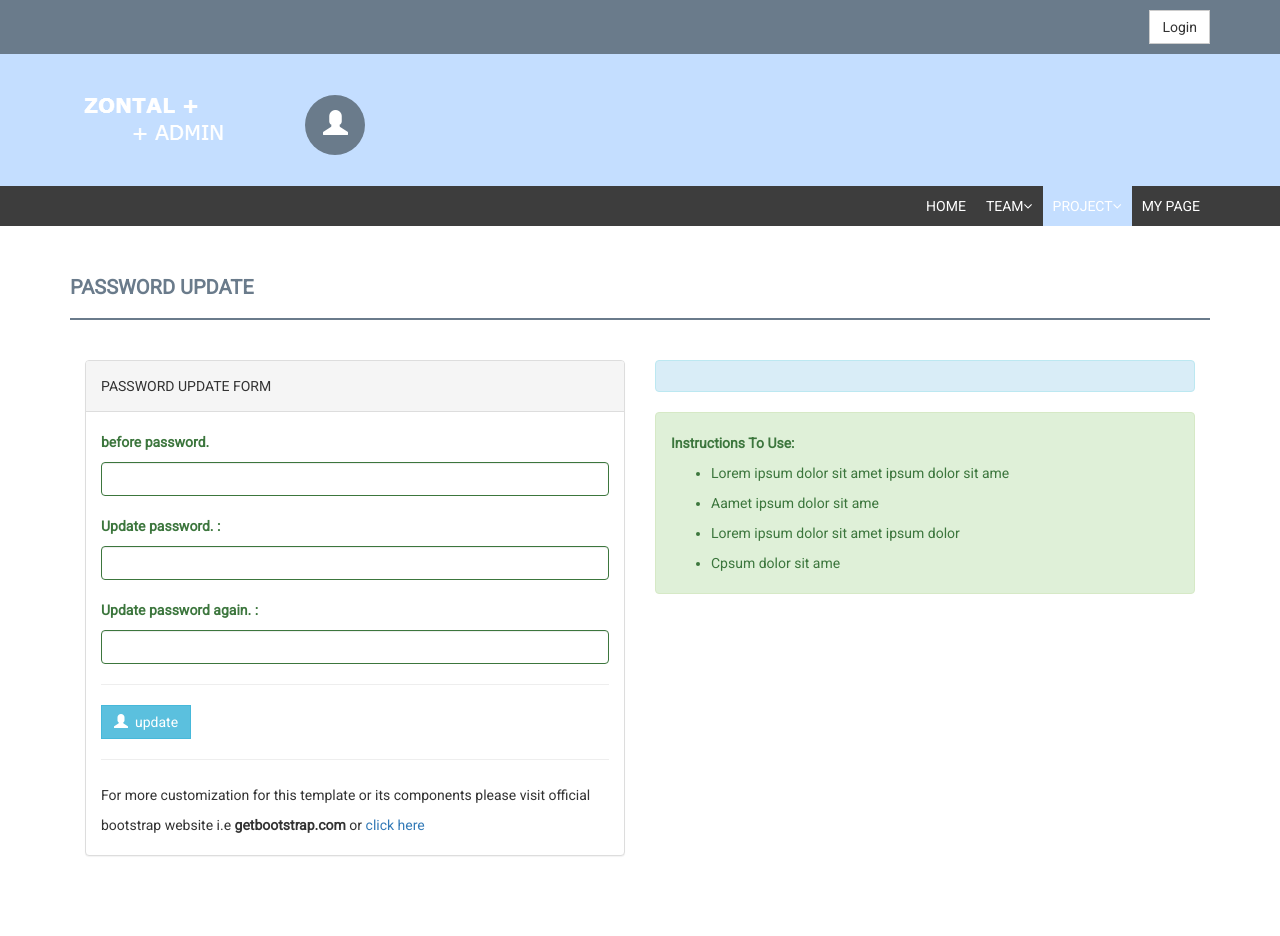
Repository: hwju91/skuniv
Page: http://localhost/0903.2/WEB-INF/jsp/mypage/ajaxtest.jsp
These files come from the project's save history. The page is drawn as it stood at one moment and after the next save; the edit follows.
The browser window is 1280 px wide. The pictures show the whole page.
The page is served by Tomcat 9. Nobody is signed in. Other server files are loaded and not shown. The template is opened directly, without the code that normally fills it, so the values that code supplies are empty.

Above is the page before, as saved 2016-09-07 10:05:36.

### 0903.2/WebContent/WEB-INF/jsp/mypage/ajaxtest.jsp
<%@ page language="java" contentType="text/html; charset=UTF-8"
    pageEncoding="UTF-8"%>
    <%@taglib prefix="c" uri="http://java.sun.com/jsp/jstl/core"%>
<jsp:include page="../header_basic.jsp" />
<jsp:include page="../nav.jsp" />
<jsp:include page="../menu_project.jsp" />
<!DOCTYPE html PUBLIC "-//W3C//DTD HTML 4.01 Transitional//EN" "http://www.w3.org/TR/html4/loose.dtd">
<html>
<head>
<meta http-equiv="Content-Type" content="text/html; charset=UTF-8">
<title>Insert title here</title>
</head>
<body>


					<div class="row">
						<div class="col-md-12">
							<h4 class="page-head-line">password update</h4>
						</div>
					</div>

			  					<div class="col-md-6">
			                        <div class="panel panel-default">
			                        <div class="panel-heading">
			                          PASSWORD UPDATE FORM
			                        </div>
			                        <div class="panel-body">
                            			<form action="passwordupdate" method="post">

                                        <div class="form-group has-success">
                                            <label class="control-label" for="success">before password.</label>
                                            <input type="password" class="form-control" name="beforepassword" id="beforepassword" />
                                        </div>
                                        <div class="form-group has-success">
                                            <label class="control-label" for="success">Update password. : </label>
                                            <input type="password" class="form-control" name="updatepassword" id="updatepassword" />
                                        </div>
                                        <div class="form-group has-success">
                                            <label class="control-label" for="success">Update password again. : </label>
                                            <input type="password" class="form-control" name="updatepassword2" id="updatepassword2" />
                                        </div>


                                        <hr/>
                                        <button type="submit" class="btn btn-info"><span class="glyphicon glyphicon-user"></span> &nbsp;update</button>&nbsp;
                                    </form>
                            <hr />



                            For more customization for this template or its components please
                             visit official bootstrap website i.e <strong> getbootstrap.com </strong> or
                            <a href="http://getbootstrap.com/css/#forms" target="_blank">click here</a>

                        </div>
                            </div>
                        </div>
                         <div class="col-md-6">
                    <div class="alert alert-info" id="ajaxtest" name="ajaxtest">


                    </div>
                    <div class="alert alert-success">
                         <strong> Instructions To Use:</strong>
                        <ul>
                            <li>
                               Lorem ipsum dolor sit amet ipsum dolor sit ame
                            </li>
                            <li>
                                 Aamet ipsum dolor sit ame
                            </li>
                            <li>
                               Lorem ipsum dolor sit amet ipsum dolor
                            </li>
                            <li>
                                 Cpsum dolor sit ame
                            </li>
                        </ul>

                    </div>
                </div>

</body>
</html>

### 0903.2/WebContent/WEB-INF/jsp/header_basic.jsp
<%@ page language="java" contentType="text/html; charset=UTF-8"
    pageEncoding="UTF-8"%>
<!DOCTYPE html PUBLIC "-//W3C//DTD HTML 4.01 Transitional//EN" "http://www.w3.org/TR/html4/loose.dtd">
<html>
<head>
    <title>Winder</title>

    <link href="css/bootstrap.css" rel="stylesheet" />
    <link href="css/font-awesome.css" rel="stylesheet" />
    <link href="css/style.css" rel="stylesheet" />
    <!-- <link rel="stylesheet" href="https://cdnjs.cloudflare.com/ajax/libs/ionicons/2.0.1/css/ionicons.min.css"> -->

</head>
</head>

### 0903.2/WebContent/WEB-INF/jsp/nav.jsp
<%@ page language="java" contentType="text/html; charset=UTF-8"
    pageEncoding="UTF-8"%>
<body>
    <header>
        <div class="container">
            <div class="row">
                <div class="col-md-12">
                    <!-- <strong>Email: </strong>info@yourdomain.com
                    &nbsp;&nbsp;
                    <strong>Support: </strong>+90-897-678-44 -->
                    <%
                    if("loginok".equals((String)session.getAttribute("loginchk"))){
                    	%>
                    	<a class="btn btn-default" href="logout">Logout</a>
                    <%}
                    else{
                    %>
                    	<a class="btn btn-default" href="login">Login</a>
                    <% }%>

                </div>

            </div>
        </div>
    </header>
    <!-- HEADER END-->
    <div class="navbar navbar-inverse set-radius-zero">
        <div class="container">
            <div class="navbar-header">
                <button type="button" class="navbar-toggle" data-toggle="collapse" data-target=".navbar-collapse">
                    <span class="icon-bar"></span>
                    <span class="icon-bar"></span>
                    <span class="icon-bar"></span>
                </button>
                <a class="navbar-brand" href="index.html">
                    <img src="img/logo.png" />
                </a>

            </div>

            <div class="left-div">
                <div class="user-settings-wrapper">
                    <ul class="nav">

                        <li class="dropdown">
                            <a class="dropdown-toggle" data-toggle="dropdown" href="#" aria-expanded="false">
                                <span class="glyphicon glyphicon-user" style="font-size: 25px;"></span>
                            </a>
                            <div class="dropdown-menu dropdown-settings" style="color: #fff">
                                <div class="media">
                                    <a class="media-left" href="#">
                                        <img src="img/64-64.jpg" alt="" class="img-rounded" />
                                    </a>
                                    <div class="media-body">
                                        <h4 class="media-heading">Jhon Deo Alex </h4>
                                        <h5>Developer & Designer</h5>

                                    </div>
                                </div>
                                <hr />
                                <h5><strong>Personal Bio : </strong></h5>
                                Anim pariatur cliche reprehen derit.
                                <hr />
                                <a href="#" class="btn btn-info btn-sm">Full Profile</a>&nbsp; <a href="login.html" class="btn btn-danger btn-sm">Logout</a>

                            </div>
                        </li>


                    </ul>
                </div>
            </div>
        </div>
    </div>
    <!-- LOGO HEADER END-->

### 0903.2/WebContent/WEB-INF/jsp/menu_project.jsp
<%@ page language="java" contentType="text/html; charset=UTF-8"
    pageEncoding="UTF-8"%>
<%@taglib prefix="c"  uri="http://java.sun.com/jsp/jstl/core" %>
<section class="menu-section">


        <div class="container">
            <div class="row">
                <div class="col-md-12">
                    <div class="navbar-collapse collapse ">
                        <ul id="menu-top" class="nav navbar-nav navbar-right">
                            <li><a class="menu-top" href="home">Home</a></li>
                            <li class="dropdown">
                                <a href="#" class="dropdown-toggle" data-toggle="dropdown">Team<i class="fa fa-angle-down"></i></a>
                                <ul class="dropdown-menu">
                                    <li><a href="teamCreateform">팀 생성</a></li>
                                   <c:forEach items="${teammenu }" var="tmenu">
                                    <li><a href="projectlist?tno=${tmenu.tno }">${tmenu.name }</a></li>
                                    </c:forEach>
                                </ul>
                            </li>
                            <li class="dropdown">
                                <a href="#" class="menu-top-active" data-toggle="dropdown">Project<i class="fa fa-angle-down"></i></a>
                                <ul class="dropdown-menu">
                                    <li><a href="projectform">프로젝트 생성</a></li>
                                    <c:forEach items="${projectmenu }" var="pmenu">
                                    <li><a href="projectmain?pno=${pmenu.pno }">${pmenu.name }</a></li>
                                    </c:forEach>
                                </ul>
                            </li>
                             <li><a href="mypage">My Page</a></li>

                        </ul>
                    </div>
                </div>

            </div>
        </div>
    </section>
    <!-- MENU SECTION END-->
    <div class="content-wrapper">
        <div class="container">

### 0903.2/WebContent/css/style.css

/*=============================================================
    Authour URL: www.designbootstrap.com

    http://www.designbootstrap.com/

    License: MIT

    http://opensource.org/licenses/MIT

    100% Free To use For Personal And Commercial Use.

    IN EXCHANGE JUST TELL PEOPLE ABOUT THIS WEBSITE

========================================================  */


/* =============================================================
   GENERAL STYLES
 ============================================================ */

@import url(http://fonts.googleapis.com/css?family=Roboto); /* FREE GOOGLE FONT */

body {
    font-family: 'Roboto', sans-serif;
    line-height: 30px;
}

.set-radius-zero {
    border-radius: 0px;
    -moz-border-radius: 0px;
    -webkit-border-radius: 0px;
}

.content-wrapper {
    margin-top: 40px;
    min-height: 600px;
    padding-bottom: 60px;
}

.page-head-line {
    font-weight: 900;
    padding-bottom: 20px;
    border-bottom: 2px solid #6A7B8B;
    text-transform: uppercase;
    color: #6A7B8B;
    font-size: 20px;
    margin-bottom: 40px;
}

.btn {
    border-radius: 0px;
    -webkit-border-radius: 0px;
    -moz-border-radius: 0px;
}

.progress {
    height: 8px;
    border-radius: 0px;
    -webkit-border-radius: 0px;
    -moz-border-radius: 0px;
}
.login-icon {
    height: 60px;
width: 60px;
padding: 13px;
border-radius: 50%;
font-size: 30px;
margin-bottom: 20px;
color: #fff;
text-align: center;
cursor:pointer;
background-color:#6A7B8B;
-webkit-border-radius:50%;
    -moz-border-radius:50%;
}
/* =============================================================
   HEADER SECTION STYLES
 ============================================================ */
header {
    background-color: #6A7B8B;
    color: #fff;
    padding: 10px;
    text-align: right;
}


/* =============================================================
   LOGO SECTION STYLES
 ============================================================ */
.left-div {
    padding-left: 30px;
    margin-top: 40px;
    margin-bottom: 30px;
}

.navbar-brand {
    width: 250px;
    padding-top: 30px;
}

/* USER SETTINGS DIV */
.user-settings-wrapper .nav > li > a {
    position: relative;
    display: block;
    padding: 15px 18px;
    border-radius: 50%;
    -webkit-border-radius: 50%;
    -moz-border-radius: 50%;
    height: 60px;
    width: 60px;
    background-color: #6A7B8B;
    color: #fff;
}

.user-settings-wrapper {
    margin-top: 10px;
}

    .user-settings-wrapper li {
        display: inline-block;
    }

    .user-settings-wrapper .dropdown-settings {
        width: 200px;
        padding: 10px;
    }

    .user-settings-wrapper .nav > li > a:hover,.user-settings-wrapper .nav > li > a:focus {
        text-decoration: none;
        background-color: #C4DEFF!important;
    }

    .user-settings-wrapper img {
        height: 64px;
        width: 64px;
        border: 1px solid #000000;
    }

    .user-settings-wrapper .dropdown-menu {
        margin: 0px;
        border-radius: 0px!important;
        -moz-border-radius: 0px!important;
        -webkit-border-radius: 0px!important;
    }

    .user-settings-wrapper .btn {
        border-radius: 0px!important;
        -moz-border-radius: 0px!important;
        -webkit-border-radius: 0px!important;
    }

    .user-settings-wrapper .media-heading {
        padding-top: 10px;
    }

/* MENU LINKS SECTION*/

.menu-section {
    background-color: #3D3D3D;
}

#menu-top a {
    color: #FFF;
    text-decoration: none;
    font-weight: 500;
    padding: 10px 10px 10px 10px;
    text-transform: uppercase;
}

.menu-top-active {
    background-color: #C4DEFF;
}

.menu-section .nav > li > a:hover,.menu-section .nav > li > a:focus {
    background-color: #6A7B8B!important;
}

.menu-section .dropdown-menu > li > a:hover,.menu-section .dropdown-menu > li > a:focus {
    background-color: #6A7B8B!important;
}

.navbar-inverse {
    background-color: #C4DEFF;
    border-color: transparent;
}

.navbar-toggle {
    background-color: #6A7B8B;
    border: 1px solid #fff;
}

.navbar {
    margin-bottom: 0px;
}
/* =============================================================
   FOOTER SECTION STYLES
 ============================================================ */
footer {
    padding: 10px;
    color: #fff;
    font-size: 12px;
    background-color: #C4DEFF;
}

    footer a, footer a:hover {
        color: #fff;
        text-decoration: none;
    }

/*==============================================
    DASHBOARD  STYLES
 =============================================*/

/* DASHBOARD ICONS */

.bk-clr-one {
    background-color: #B9B739;
}

.bk-clr-two {
    background-color: #F94C4C;
}

.bk-clr-three {
    background-color: #119c7e;
}

.bk-clr-four {
    background-color: #b739b9;
}

.dashboard-div-icon {
    height: 75px;
    width: 75px;
    border: 2px solid #fff;
    padding: 20px;
    border-radius: 50%;
    -webkit-border-radius:50%;
    -moz-border-radius:50%;
    font-size: 30px;
    margin-bottom: 20px;
    color: #fff;
}

.dashboard-div-wrapper {
    border-radius: 5px;
    text-align: center;
    padding: 15px;
    color: #fff;
    margin-bottom: 50px;
}

    .dashboard-div-wrapper .progress {
        height: 2px;
    }

/* NOTICE BOARD */


.notice-board .panel {
    border-radius: 0px;
    -webkit-border-radius: 0px;
    -moz-border-radius: 0px;
}

.notice-board ul {
    padding-left: 0px;
    list-style: none;
}

.notice-board li {
    padding: 10px;
    border-bottom: 1px solid #E5E5E5;
}

    .notice-board li span {
        margin-right: 10px;
        border: 1px solid #DBDBDB;
        padding: 5px;
    }

    .notice-board li a, li a:hover {
        text-decoration: none;
        color: #000;
    }

/* SOCIAL BUTTONS */
.btn-social {
    color: white;
    opacity: 0.8;
}

    .btn-social:hover {
        color: white;
        opacity: 1;
        text-decoration: none;
    }

.btn-facebook {
    background-color: #3b5998;
}

.btn-twitter {
    background-color: #00aced;
}

.btn-linkedin {
    background-color: #0e76a8;
}

.btn-google {
    background-color: #c32f10;
}

Loaded but not shown: 0903.2/WebContent/css/bootstrap.css (library); 0903.2/WebContent/css/font-awesome.css (library)

After the next save:
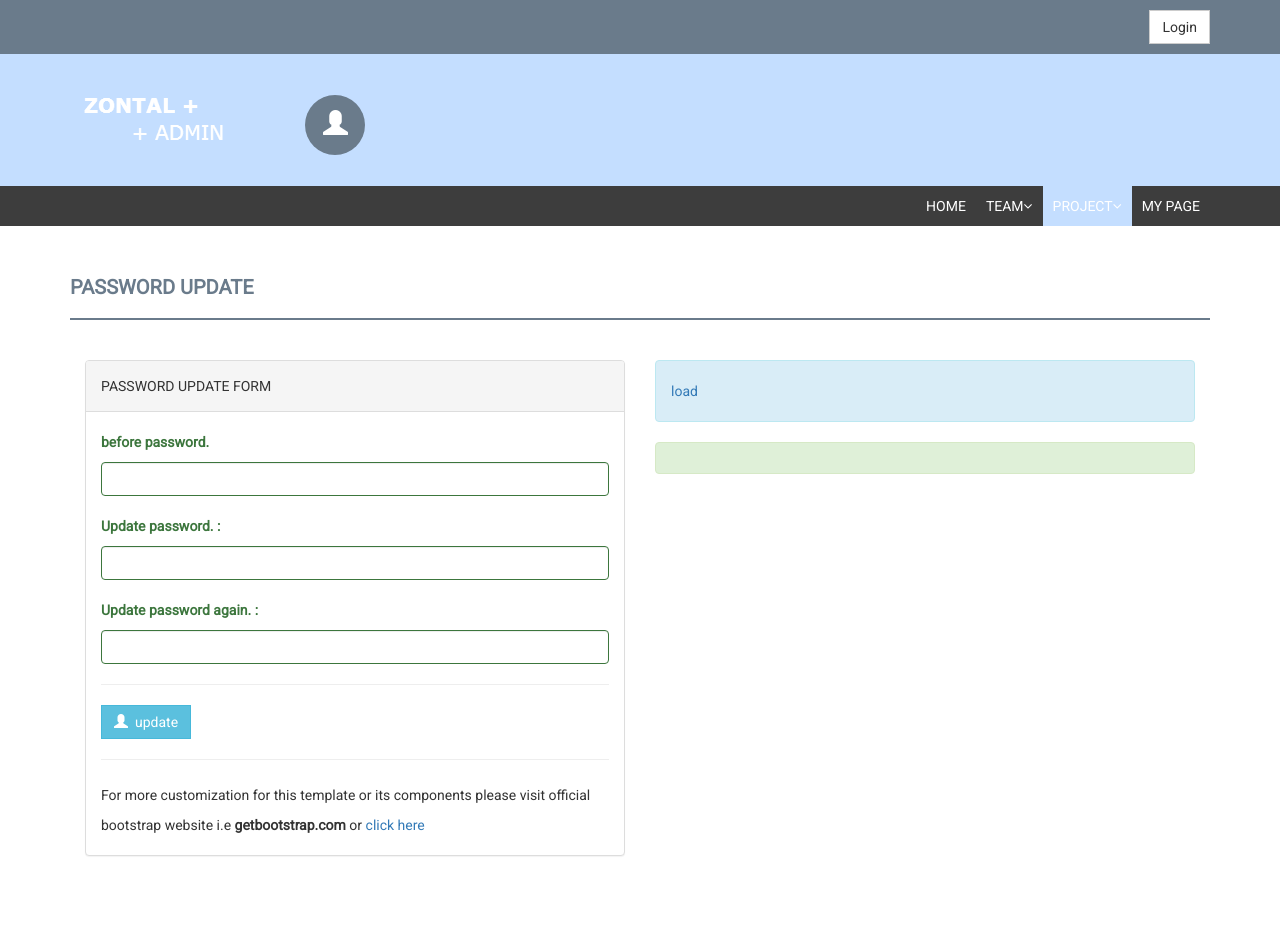
Console error: ReferenceError: $ is not defined
Saved 5 min 32 s later.
--- a/0903.2/WebContent/WEB-INF/jsp/mypage/ajaxtest.jsp
+++ b/0903.2/WebContent/WEB-INF/jsp/mypage/ajaxtest.jsp
@@ -55,30 +55,25 @@
                         </div>
                             </div>
                         </div>
-                         <div class="col-md-6">
-                    <div class="alert alert-info" id="ajaxtest" name="ajaxtest">
+                        <div class="col-md-6">
+                    	<div class="alert alert-info" id="ajaxtest" >
+                        	<a href='#'>load</a>
 
+                    	</div>
+                    <div class="alert alert-success" id="dictionary">
 
-                    </div>
-                    <div class="alert alert-success">
-                         <strong> Instructions To Use:</strong>
-                        <ul>
-                            <li>
-                               Lorem ipsum dolor sit amet ipsum dolor sit ame
-                            </li>
-                            <li>
-                                 Aamet ipsum dolor sit ame
-                            </li>
-                            <li>
-                               Lorem ipsum dolor sit amet ipsum dolor
-                            </li>
-                            <li>
-                                 Cpsum dolor sit ame
-                            </li>
-                        </ul>
 
                     </div>
                 </div>
 
+
+                <script>
+                $(document).ready(function(){
+                	$('#ajaxtest').click(function(){
+                		$('#dictionary').load("passwordupdateform");
+                	})
+                })
+                </script>
+
 </body>
 </html>
